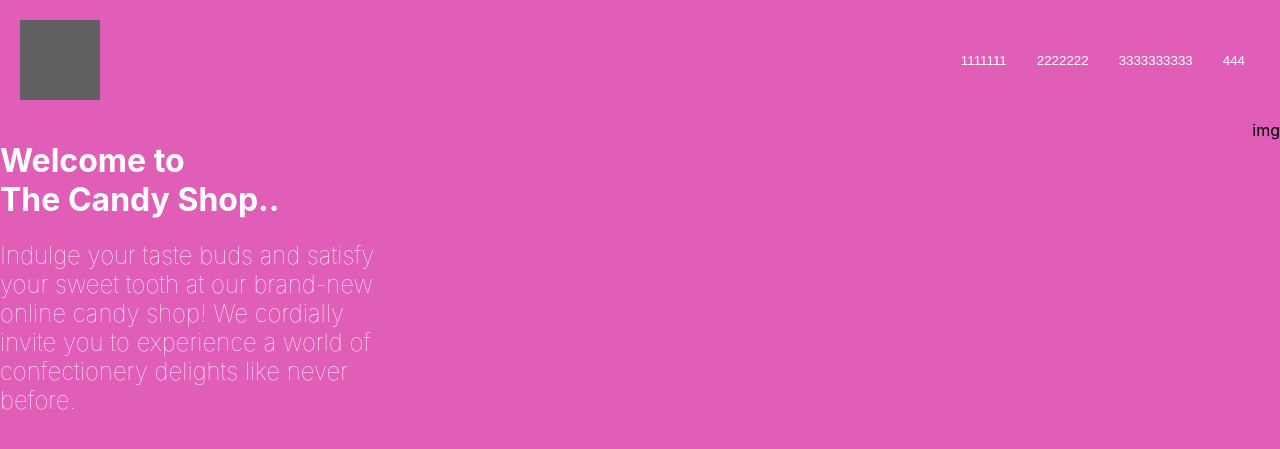
Repository: nika-otter/CandyShop
Page: /
An editor plug-in stored every save of this project. The page is shown before and after the next save, followed by the edit.
The browser window is 1280 px wide. The pictures show the whole page.
Pictures or frames that could not be fetched are drawn as grey boxes. An inner scrolling area shows only its first screen. The project was rebuilt for these pictures with package versions that can differ from the ones it lists, and the page was loaded fresh each time.

Above is the page before, as saved 2023-06-10 16:56:23.

### src/App.js
import "./App.css";
import Main from "./Pages/Main";

function App() {
  return (
    <div className="App">
      <Main />
    </div>
  );
}

export default App;

### src/App.css
.App {
  text-align: center;
  /* scrollbar-width: none; */
}

.App-logo {
  height: 40vmin;
  pointer-events: none;
}

@media (prefers-reduced-motion: no-preference) {
  .App-logo {
    animation: App-logo-spin infinite 20s linear;
  }
}

.App-header {
  background-color: #282c34;
  min-height: 100vh;
  display: flex;
  flex-direction: column;
  align-items: center;
  justify-content: center;
  font-size: calc(10px + 2vmin);
  color: white;
}

.App-link {
  color: #61dafb;
}

@keyframes App-logo-spin {
  from {
    transform: rotate(0deg);
  }
  to {
    transform: rotate(360deg);
  }
}

### src/Pages/Main.jsx
import Cupcake from "../components/Cupcake";
import Map from "../components/Map";
import Reviews from "../components/Reviews";
import We from "../components/We";
import WhatWeDo from "../components/WhatWeDo";
import classes from "./Main.module.scss";

function Main() {
  return (
    <div className={classes.container}>
      <Cupcake />
      <We />
      <WhatWeDo />
      <Reviews />
      <Map />
    </div>
  );
}

export default Main;

### src/components/Cupcake.jsx
import classes from "./Cupcake.module.scss";
import Nav from "./Nav";
function Cupcake() {
  return (
    <div className={classes.container}>
      <Nav />
      <div className={classes.content}>
        <div className={classes.info}>
          <h1 className={classes.cupcake__title}>
            Welcome to
            <br />
            The Candy Shop..
          </h1>
          <h2 className={classes.cupcake__subtitle}>
            Indulge your taste buds and satisfy your sweet tooth at our
            brand-new online candy shop! We cordially invite you to experience a
            world of confectionery delights like never before.
          </h2>
        </div>
        <div className={classes.cupcake}>img</div>
      </div>
    </div>
  );
}

export default Cupcake;

### src/components/Map.jsx
import classes from "./Map.module.scss";
function Map() {
  return <div className={classes.container}></div>;
}

export default Map;

### src/components/Reviews.jsx
import classes from "./Reviews.module.scss";
function Reviews() {
  return <div className={classes.container}>Reviews</div>;
}

export default Reviews;

### src/components/We.jsx
import classes from "./We.module.scss";
function We() {
  return <div className={classes.container}>We</div>;
}

export default We;

### src/components/WhatWeDo.jsx
import classes from "./WhatWeDo.module.scss";
function WhatWeDo() {
  return <div className={classes.container}>WhatWeDo</div>;
}

export default WhatWeDo;

### src/Pages/Main.module.scss
.container {
  height: 100vh;
  background-color: pink;
  scroll-snap-type: y mandatory;
  scroll-behavior: smooth;
  overflow-y: auto;
  scrollbar-width: none;
  &::-webkit-scrollbar {
    display: none;
  }
}

### src/components/Cupcake.module.scss
.container {
  height: 100vh;
  background-color: rgb(224, 94, 183);
  scroll-snap-align: center;
}
.content {
  display: flex;
  justify-content: space-between;
}
.info {
  width: 400px;
}
.cupcake__title {
  //   font-size: large;
  color: white;
  text-align: start;
}
.cupcake__subtitle {
  color: white;
  font-weight: 100;
  text-align: start;
}
.cupcake {
  //   width: 500vw;
}

### src/components/Nav.jsx
import classes from "./Nav.module.scss";
function Nav() {
  return (
    <nav className={classes.container}>
      <img
        src="https://cdn-icons-png.flaticon.com/512/1888/1888765.png"
        alt=""
      />
      <div>
        {" "}
        <button>1111111</button>
        <button>2222222</button>
        <button>3333333333</button>
        <button>444</button>
      </div>
    </nav>
  );
}

export default Nav;

### src/components/Map.module.scss
.container {
  height: 100vh;
  background-color: rgb(205, 127, 140);
  scroll-snap-align: center;
}

### src/components/Reviews.module.scss
.container {
  height: 100vh;
  background-color: pink;
  scroll-snap-align: center;
}

### src/components/We.module.scss
.container {
  height: 100vh;
  background-color: rgb(209, 183, 188);
  scroll-snap-align: center;
}

### src/components/WhatWeDo.module.scss
.container {
  height: 100vh;
  background-color: rgb(171, 116, 125);
  scroll-snap-align: center;
}

### src/components/Nav.module.scss
.container {
  display: flex;
  justify-content: space-between;
  padding: 20px;
  max-width: 1400px;
  align-items: center;
  img {
    width: 80px;
    height: 80px;
    filter: invert(100%);
  }
  button {
    background-color: transparent;
    border: none;
    cursor: pointer;
    padding: 5px;
    margin: 10px;
    color: white;
    &:hover {
      background-color: #f5f5f530;
      border-radius: 5px;
    }
  }
}

Loaded but not shown: public/index.html (common file); src/index.js (common file); src/index.css (common file)

After the next save:
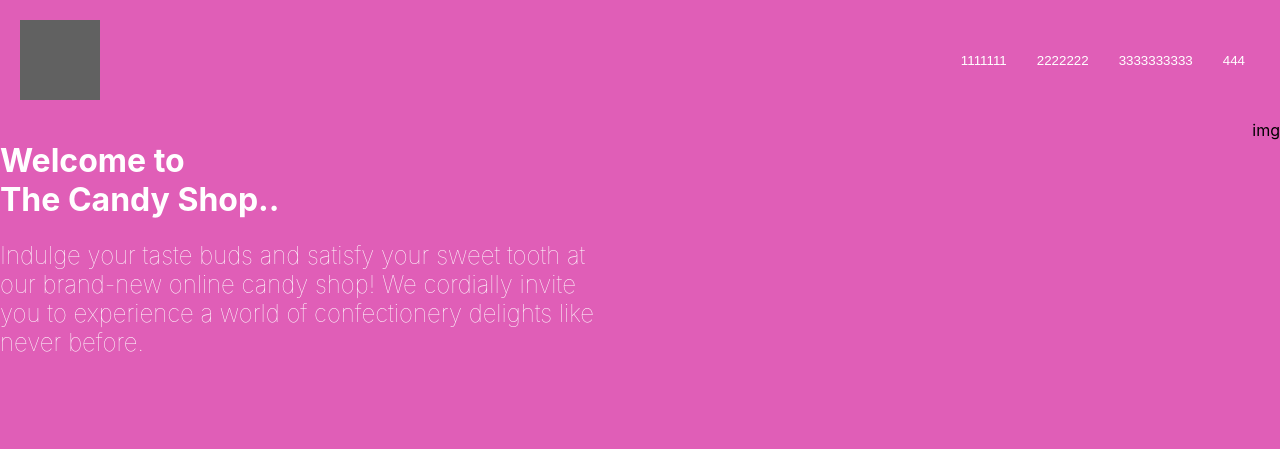
Saved 8 s later.
--- a/src/components/Cupcake.module.scss
+++ b/src/components/Cupcake.module.scss
@@ -8,7 +8,7 @@
   justify-content: space-between;
 }
 .info {
-  width: 400px;
+  width: 600px;
 }
 .cupcake__title {
   //   font-size: large;
